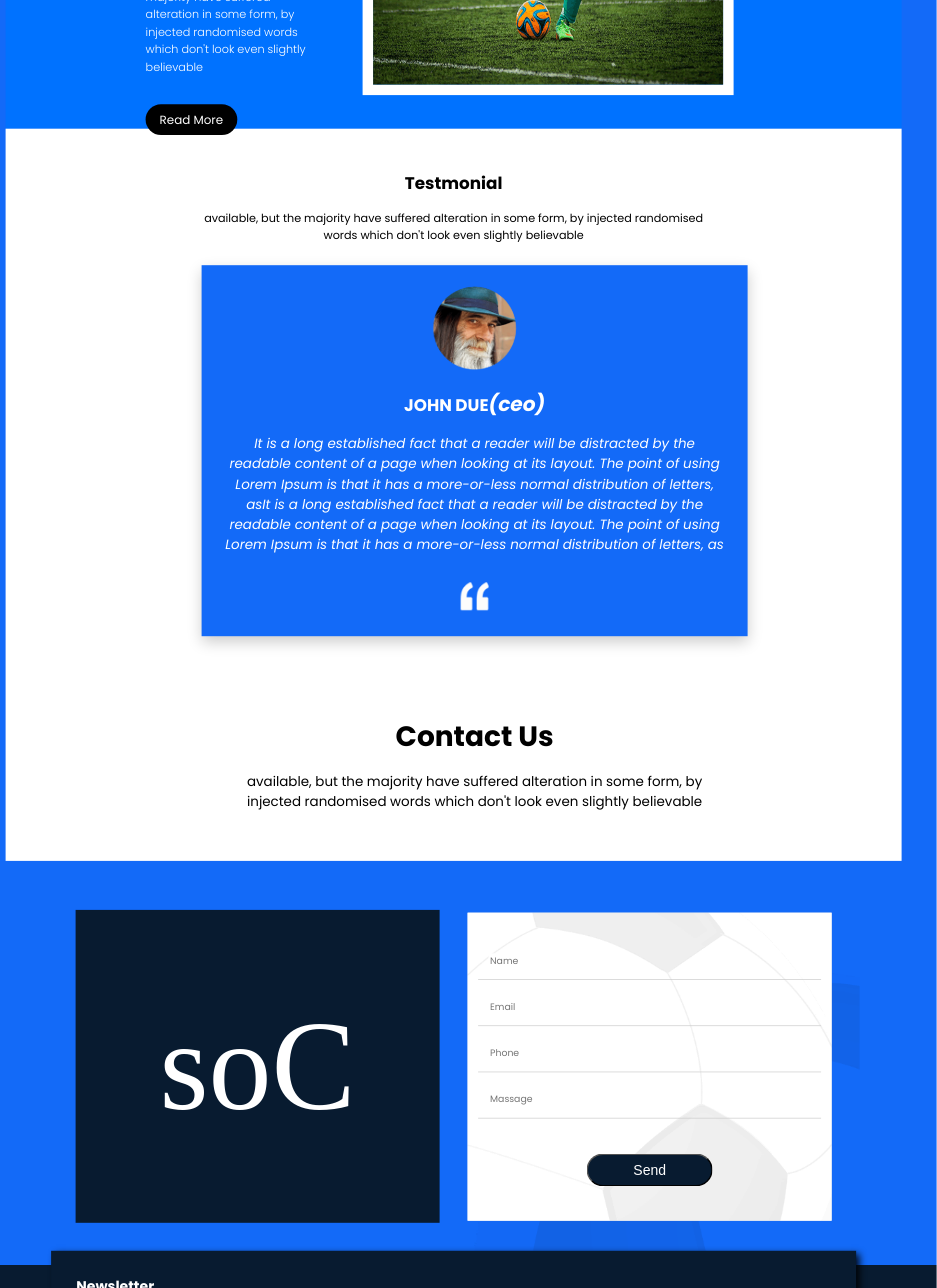
Repository: Vinicius9922/Projeto-Web
Page: index.html
The author's editor kept a copy of each file at every save. The page is drawn from the files as they stood at one save, then again after the next save.
The browser window is 1280 px wide. The page is 1338 px wide, so the pictures cover 1338 px, including what lies to the right of the window. The pictures show the part of the page from y = 2567 to 4407 px (the page is 4860 px tall before and 4898 px after), at 70% of full size.

Above is the page before, as saved 2024-12-14 12:54:31.

### index.html
<!DOCTYPE html>
<html>

<head>
    <meta charset="UTF-8">
    <meta name="viewport" content="width=device-width, initial-scale=1.0">
    <link rel="stylesheet" href="index.css">
    <link rel="preconnect" href="https://fonts.googleapis.com">
    <link rel="preconnect" href="https://fonts.gstatic.com" crossorigin>
    <link
        href="https://fonts.googleapis.com/css2?family=Lora:ital,wght@0,400..700;1,400..700&family=Poppins:ital,wght@0,100;0,200;0,300;0,400;0,500;0,600;0,700;0,800;0,900;1,100;1,200;1,300;1,400;1,500;1,600;1,700;1,800;1,900&display=swap"
        rel="stylesheet">
    <title>Index</title>
</head>

<body class="main-layout">
    <header>
        <div class="header">
            <div class="container">
                <div class="logo"><img src="img/logo.png" alt="logo"></div>
                <div class="navBar">
                    <nav>
                        <ul class="menuNav">
                            <li>HOME</li>
                            <li>ABOUT</li>
                            <li>TESTMONIAL</li>
                            <li>SHOP</li>
                            <li>CONTACT US</li>
                            <li><img id="lupa" src="img/search_icon.png"></li>
                        </ul>
                    </nav>
                </div>
            </div>
        </div>
    </header>
    <section>
        <div class="container">
            <div class="carroussel">
                <div class="textCarroussel">
                    <h1>Welcome to <strong class="color">Our Shop</strong></h1>
                    <p>There are many variations of passages of Lorem Ipsum available, but the majority have
                        suffered
                        alteration in some form, by injected humour</p>
                    <button class="botao-carrossel">Buy Now</button>
                    <button class="botao-carrossel">About</button>
                </div>
            </div>
            <div class="img-carroussel">
                <div>
                    <figure><img id="img-carroussel" src="img/boksing-gloves.png" alt="img" /></figure>
                </div>
            </div>
        </div>
    </section>

    <div class="parte branca">
        <h1>Our <span>Products</span></h1>
        <p>There are many variations of passages of Lorem ipsum available, but the majority have suffered alteration in
            some form, by injected randomised words wich don't look even slightly believable</p>
    </div>

    <div class="container3">

        <div class="imagem1">
            <img src="img/basketball.png" alt="bola">
            <p>$<span class="valor">50</span></p>
            <p class="p1">Basket ball</p>
        </div>
        <div class="imagem2">
            <img src="img/t-shirt.png" alt="camiseta">
            <p>$<span class="valor">50</span></p>
            <p class="p1">T-shirt</p>
        </div>
        <div class="imagem3">
            <img src="img/game.png" alt="game">
            <p>$<span class="valor">50</span></p>
            <p class="p1">Game</p>
        </div>
        <div class="imagem4">
            <img src="img/basketball.png" alt="bola">
            <p>$<span class="valor">50</span></p>
            <p class="p1">Basket ball</p>
        </div>
        <div class="imagem5">
            <img src="img/t-shirt.png" alt="camiseta">
            <p>$<span class="valor">50</span></p>
            <p class="p1">T-shirt</p>
        </div>
        <div class="imagem6">
            <img src="img/game.png" alt="game">
            <p>$<span class="valor">50</span></p>
            <p class="p1">game</p>
        </div>

    </div>
    <div class="branca2">
        <h1> About <span>Us</span></h1>
        <p>There are many variations of passages of Lorem ipsum available, but the majority have suffered alteration in
            same form, by injected randomised words which dont´t look even slightly believable</p>
    </div>

    <div class="shield">
        <div class="texto-shield">
            <h1 class="textobranco">Best sports item shop our</h1>
            <p class="p2">There are many variations of passages of Lorem Ipsum available, but the majority have suffered
                alteration in some form, by injected randomised words which don't look even slightly believableThere are
                many variations of passages of Lorem Ipsum available, but the majority have suffered alteration in some
                form, by injected randomised words which don't look even slightly believable</p>

            <div class="btn_main">
                <a class="botao" href="#" role="button">Read More</a>
            </div>
        </div>
        <div class="child">
            <figure><img src="img/child-image.png">
            </figure>
        </div>
    </div>

    <!-- aaaaaaaaaaaaaaaaaaaa -->
    <div class="testimonial-contato">
        <div class="testominal">
            <h2> Testmonial</h2>
            <span>available, but the majority have suffered alteration in some form, by
                injected randomised words which don't look even slightly believable</span>
        </div>

        <div class="Jao">
            <div class="john_image"><img src="img/john-image.png"></div>
            <div class="john_text">JOHN DUE<span>(ceo)</span></div>
            <p class="texto-generico">It is a long established fact that a reader will be distracted by the readable
                content of a page when looking at its layout. The point of using Lorem Ipsum is that it has a
                more-or-less normal distribution of letters, asIt is a long established fact that a reader will be
                distracted by the readable content of a page when looking at its layout. The point of using Lorem Ipsum
                is that it has a more-or-less normal distribution of letters, as </p>
            <div class="icon_image"><img src="img/icon-1.png"></div>
        </div>

        <div class="Contato">
            <h2><bold>Contact</bold> Us</h2>
            <span>available, but the majority have suffered alteration in some form, by
                injected randomised words which don't look even slightly believable</span>
        </div>
    </div>


    <!-- aaaaaaaaaaaaaaaaaaaa -->



    <div class="container2">
        <div class="formulario">
            <div class="box-left">
                <div class="soc">soC</div>
            </div>
            <div class="box-right">
                <form>
                    <div class="grupo-form">
                        <input type="text" class="form" placeholder="Name" name="Name">
                    </div>
                    <div class="grupo-form">
                        <input type="email" class="form" placeholder="Email" name="Email">
                    </div>
                    <div class="grupo-form">
                        <input type="text" class="form" placeholder="Phone" name="Phone">
                    </div>
                    <div class="grupo-form">
                        <input type="text" class="form" placeholder="Massage" name="mensagem">
                    </div>
                    <div class="send-button">
                        <button type="submit" class="botao-env">Send</button>
                    </div>
                </form>
            </div>
        </div>
        <div class="box-down">
            <div class="text-news">
                <h2 class="Newsletter">Newsletter</h2>
                <p class="text-newsletter">It is a long established fact that a reader will be distracted a</p>
            </div>
            <div class="email-news">
                <input type="email" class="news-email" placeholder="Enter your email" name="Email">
            </div>
            <div class="Subscribe">
                <button class="subs-button" type="Subscribe">Subscribe</button>
            </div>
        </div>

        <div class="footer">
            <div>
                <div>
                    <div>
                        <div class="titulo">
                            <h2 class="titulo_texto">Address</h2>
                        </div>
                    </div>
                </div>
            </div>
            <div class="endereco">
                <div>
                    <div class="icones">
                        <div class="site_info">
                            <div class="img-icon">
                                <span class="info_icon"><img src="img/map-icon.png" /></span>
                            </div>
                            <span>No.123 Chalingt Gates, Supper market New York</span>
                        </div>
                    </div>
                    <div class="icones">
                        <div class="site_info">
                            <div class="img-icon">
                                <span class="info_icon"><img src="img/phone-icon.png" /></span>
                            </div>
                            <span>( +71 7986543234 )</span>
                        </div>
                    </div>
                    <div class="icones">
                        <div class="site_info">
                            <div class="img-icon">
                                <span class="info_icon"><img src="img/email-icon.png" /></span>
                            </div>
                            <span>demo@gmail.com</span>
                        </div>
                    </div>
                </div>
            </div>

            <div class="menu_main">
                <div class="menu_text">
                    <ul>
                        <li>Home</li>
                        <li>About</li>
                        <li>Testmonial</li>
                        <li>Shop</li>
                        <li>Contact Us</li>
                    </ul>
                </div>
            </div>
        </div>
        <div class="last-info">
            <div class="trademark">
                <p>© 2019 All Rights Reserved. Design by Free Html Templates</p>
            </div>
        </div>
    </div>

</body>

</html>

### index.css
@import url('https://fonts.googleapis.com/css2?family=Lora:ital,wght@0,400..700;1,400..700&family=Poppins:ital,wght@0,100;0,200;0,300;0,400;0,500;0,600;0,700;0,800;0,900;1,100;1,200;1,300;1,400;1,500;1,600;1,700;1,800;1,900&display=swap');

body {
    width: 100%;
    font-family: Poppins, normal;
    background-color: #136af8;
    background: linear-gradient(to bottom, #136af8 90%, #081b30 90%, #081b30 98%, #136af8 98% );
}

header {
    background-color: #136af8;
    padding: 0px;
}

.container {
    display: flex;
    align-items: center;
    justify-content: space-between;
    margin: 40px 200px;
}

li:hover {
    text-decoration: underline;
    cursor: pointer;
    font-weight: bolder;
}

ul {
    color: white;
    list-style-type: none;
    display: flex;
    margin: 0;
    padding: 0;
    gap: 40px;
    font-weight: 500;
}

#lupa {
    margin-left: 20px;
}

.logo {
    margin-left: 60px;
}

section {
    background-color: #136af8;
    display: flex;
}

.textCarroussel {
    text-align: left;
    margin-left: 60px;
    padding-left: 15px;
}

.textCarroussel p,
strong {
    color: white;
}

.color {
    font-weight: bolder;
}

.textCarroussel h1 {
    font-family: Poppins;
    font-weight: bold;
    font-size: 65px;
    line-height: 74px;
    color: #081b30;
}

.textCarroussel p {
    font-size: 16px;
}

button {
    min-width: 180px;
    color: white;
    background-color: #081b30;
    padding: 10px 50px;
    border-radius: 30px;
    display: inline-block;
    font-size: 20px;
    margin-top: 40px;
    cursor: pointer;
}

button:hover {
    background-color: #032b58;
}

button+button {
    margin-left: 15px;
}

#img-carroussel {
    max-width: 110%;
    height: auto;
    display: block;
}


.parte.branca {
    background-color: white;
    text-align: center;
    padding: 40px 280px;
}

.parte.branca h1 {
    font-size: 50px;
    color: black;
    text-align: left;
    font-weight: 800;
    margin: 5px;
}

.parte.branca h1 span {
    color: #0072ff;

}

.parte.branca p {
    font-size: 18px;
    margin-top: 10px;
    text-align: left;
    font-weight: 400;
    margin: 5px;
}

/* Grade de produtos */
.container3 {
    display: grid;
    grid-template-columns: repeat(3, 1fr);
    gap: 20px;
    column-gap: 30px;
    padding-left: 250px;
    padding-right: 250px;
    padding-top: 40px;
    padding-bottom: 40px;
    background-color: #001f3f;
}


.container3 div {
    text-align: center;
    background-color: white;
    padding: 20px;
    box-shadow: 0 5px 10px rgba(0, 0, 0, 0.1);
}

.container3 img {
    width: 300px;
    height: 300px;
    margin-bottom: 10px;
}

.container3 div .valor {
    margin: 5px 0;
    font-size: 26px;
    color: #0072ff
}

.container3 div p {
    font-size: 26px;
    color: black;
    margin: 3px;
}

/* Sessão "About Us" */
.branca2 {
    background-color: white;
    text-align: left;
    padding: 40px 280px;
}

.branca2 h1 {
    font-size: 50px;
    color: black;
    text-align: left;
    font-weight: 800;
    margin: 5px;
}

.branca2 h1 span {
    color: #0072ff;
}

.branca2 p {
    font-size: 18px;
    margin-top: 10px;
    text-align: left;
    font-weight: 400;
    margin: 5px;
}

/* Sessão "Best sports item shop our" */
.shield {
    display: flex;
    justify-content: space-between;
    align-items: center;
    background-color: #0072ff;
    color: white;
    padding-left: 200px;
    padding-right: 200px;
    gap: 20px;
}

.texto-shield {
    text-align: left;
}

.shield h1 {
    font-size: 35px;
    color: rgb(255, 255, 255);
    text-align: left;
    font-weight: 700;
    margin: 5px;
}

.shield .p2 {
    font-size: 16px;
    margin-top: 10px;
    text-align: left;
    font-weight: 300;
    margin-bottom: 50px;
}

.btn_main .botao {
    text-decoration: none;
    background-color: black;
    color: white;
    padding: 10px 20px;
    border-radius: 30px;
    font-size: 17px;
    transition: 0.5s ease, color 0.4s ease 0.1s;
}

.botao:hover {
    background-color: #fbfbfb;
    color: black;
}

.child {
    margin: 0px;
}

.child img {
    height: 500px;
    width: 500px;
    display: flex;
    border: 15px solid #fff;
}

/* aaaaaaaaaaaaaaaaaaaaaaaaaaaaa */



.testimonial-contato {
    background-color: white;
    text-align: center;
    padding: 40px 280px;
 }


.testimonial {
    text-align: center;
    padding: 50px;
    color: white;
    width: 100%;
    border-radius: 10px;
    margin-bottom: 30px;
}

.testimonial h2 {
    font-size:2.5em;
    margin-bottom: 20px;

}

.testimonial span {
    font-size: 1.2em;
    color: #f0f0f0;
}

.Jao {
    display: flex;
    flex-direction: column;
    align-items: center;
    margin-top: 30px;
    background-color: #136af8; /* Blue background */
    padding: 30px;
    box-shadow: 0px 8px 20px rgba(0, 0, 0, 0.2);
    color: white;
    width: 100%;
    margin-bottom: 30px;
}

.john_image img {
    width: 120px;
    height: 120px;
    border-radius: 50%;
    margin-bottom: 20px;
}

.john_text {
    font-weight: bold;
    font-size: 1.5em;
}

.john_text span {
    font-style: italic;
    font-size: 1.2em;
}

.texto-generico {
    font-size: 1.2em;
    color: #fff;
    text-align: center;
    font-style: italic;
    margin-top: 20px;
}

.icon_image img {
    width: 40px;
    height: 40px;
    margin-top: 20px;
}

.Contato {
    text-align: center;
    margin-top: 50px;
    padding: 30px;
    width: 100%;
    border-radius: 10px;
}

.Contato h2 {
    font-size: 2.5em;
    margin-bottom: 20px;
}

.Contato span {
    font-size: 1.2em;

}












.container2 {
    display: flex;
    align-items: center;
    justify-content: space-between;
    margin: 30px 100px;
    flex-direction: column;
}

.formulario {
    flex: auto;
    display: flex;
    justify-content: space-between;
    align-items: center;
    border-radius: 10px;
    padding: 40px;
    justify-content: center;
    gap: 40px;
    background-image: url('img/contact-banner.png');
}

.grupo-form {
    width: 100%;
    padding: 15px;
    margin-bottom: 10px;
    border-bottom: 1px solid #ccc;
}

form {
    display: flex;
    flex-direction: column;
    align-items: center;
    width: 460px;
    height: 360px;
}

.form {
    border: none;
    width: 100px;
    margin: 0px;
}

.box-left {
    background-color: #081b30;
    color: white;
    text-align: center;
    font-family: apple;
    font-size: 180px;
    padding: 10% 10%;
    padding: 120px;
}

.box-right {
    height: auto;
    background-color: #f2f2f2;
    background-image: url('img/boll_bg.png');
    padding: 40px 30px;
}

.box-left,
.box-right {
    width: 50%;
}

input {
    border: none;
    outline: none;
    width: 100%;
}

input,
textarea {
    font-family: Poppins, normal;
    color: #a4a0a0;
    width: 100%;
}

.box-down {
    display: flex;
    align-items: row;
    background-color: #081b30;
    color: white;
    width: 1150px;
    box-shadow: 5px 5px 10px 0 rgba(0, 0, 0, 0.9);
}

.text-news {
    display: flex;
    flex-direction: column;
    max-width: 300px;
    padding-left: 35px;
    font-size: 12px;
    padding: 35px;
}

.Newsletter {
    margin: 1px;
    font-size: 20px;
}

.text-newsletter {
    font-size: 15px;
}

.email-news {
    display: flex;
    align-items: center;
    height: 172px;
}

.Subscribe {
    display: flex;
    align-items: center;
    height: 132px;
}

.news-email {
    padding: 9px;
    font-size: 14px;
    border: 1px solid #ccc;
    border-radius: 25px 0 0 25px;
    width: 500px;
    height: 41px;
    box-sizing: border-box;
}

.subs-button {
    font-size: 18px;
    color: white;
    background-color: #007BFF;
    border: none;
    border-radius: 0 25px 25px 0;
    cursor: pointer;
    height: 42px;

}

.subs-button:hover {
    background-color: #0056b3;
}


.footer{
    font-size: 18px;
    margin-top: 10px;
    text-align: center;
    font-weight: 400;
    margin: 5px;
}

.titulo_texto{
    color:white;
    text-decoration-line: underline;
    text-decoration-color: #0056b3;
    text-underline-offset: 20px;
    font-weight:400;
}

.endereco > div {
    display: flex;
    gap: 100px;
    align-items: center;
}

.icones {
    display: flex;
    align-items: center;
    gap: 10px;
    color:white;
}

.info_icon img {
    width: auto;
    height: auto;
    background-color:white;
    border-radius: 10px;
    padding: 20px;
    display: block;
}

.site_info {
    display: flex;
    align-items: center;
}

.site_info span {
    line-height: 1.2;
    font-size: 16px;

}
.img-icon {
    display: flex;
    align-items: center;
    justify-content: center;
    width: 50px;
    height: 50px;
    background-color: white;
    border-radius: 10px;
    margin:30px;
}

.menu_text ul{
    font-size: 14px;
    text-align: center;
    padding:0px 00px 0px 350px;
    align-items:center;
    margin-bottom: 15px;
}

.menu_text li:hover{
    color:#0072ff;
    cursor: pointer;
    text-decoration:none;
}
.trademark{
   color:white;
   align-items:center;
   margin-top: 15px;
}

After the next save:
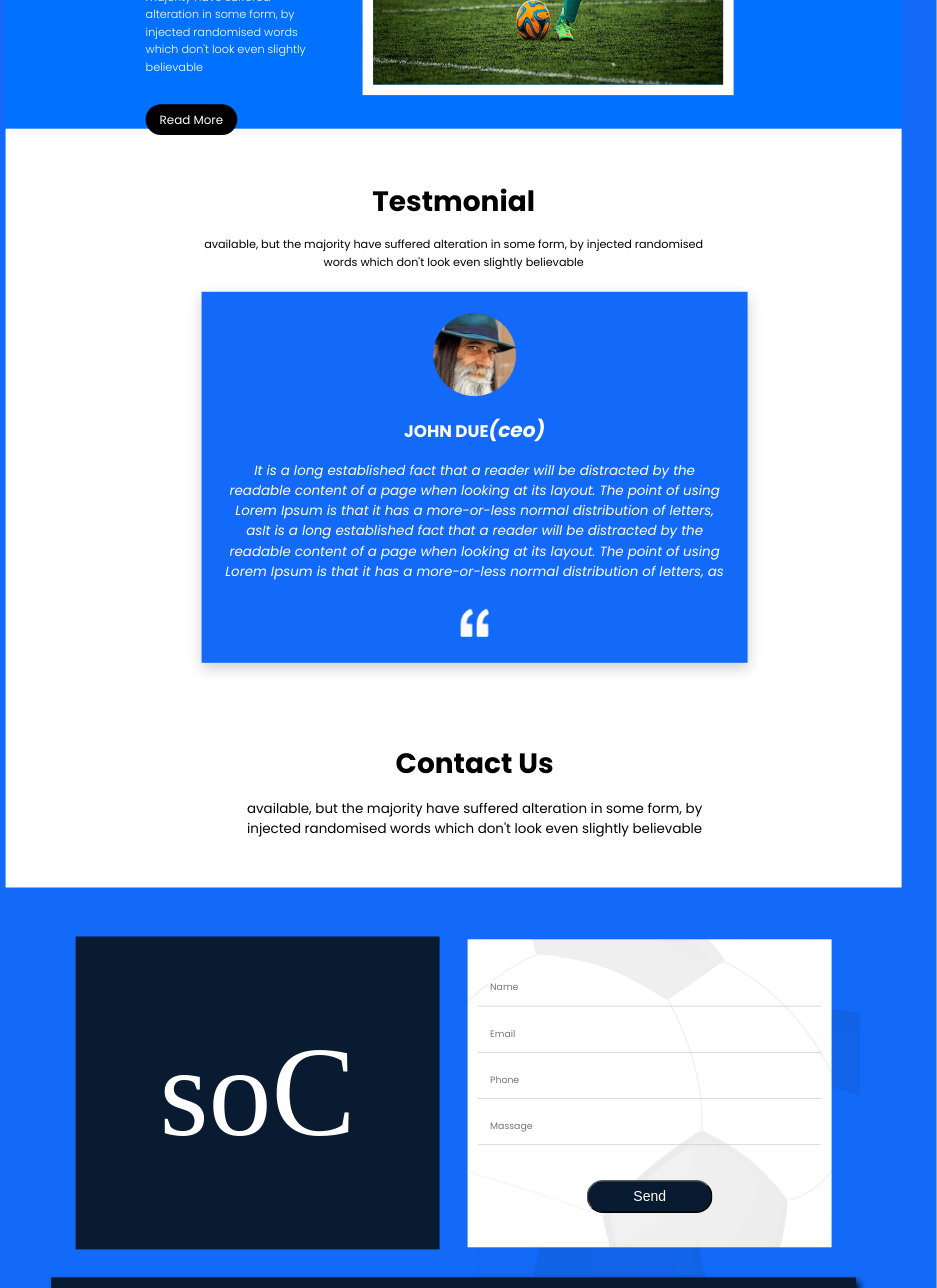
Saved 4 min 34 s later.
--- a/index.css
+++ b/index.css
@@ -273,7 +273,7 @@
     margin-bottom: 30px;
 }
 
-.testimonial h2 {
+.testominal h2 {
     font-size:2.5em;
     margin-bottom: 20px;
 

After the save that followed:
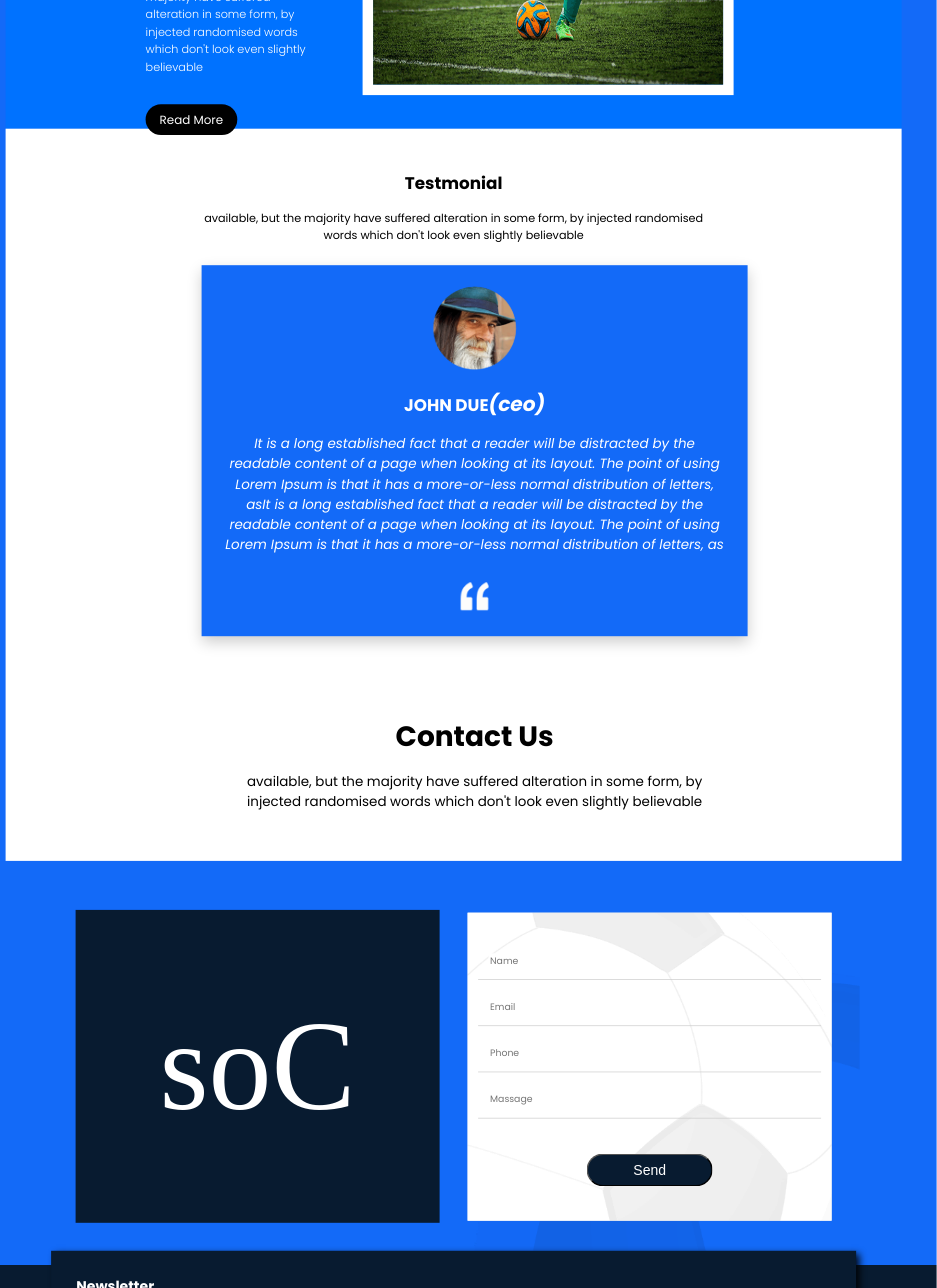
Saved 9 s later.
--- a/index.html
+++ b/index.html
@@ -119,7 +119,7 @@
 
     <!-- aaaaaaaaaaaaaaaaaaaa -->
     <div class="testimonial-contato">
-        <div class="testominal">
+        <div class="testiminal">
             <h2> Testmonial</h2>
             <span>available, but the majority have suffered alteration in some form, by
                 injected randomised words which don't look even slightly believable</span>
